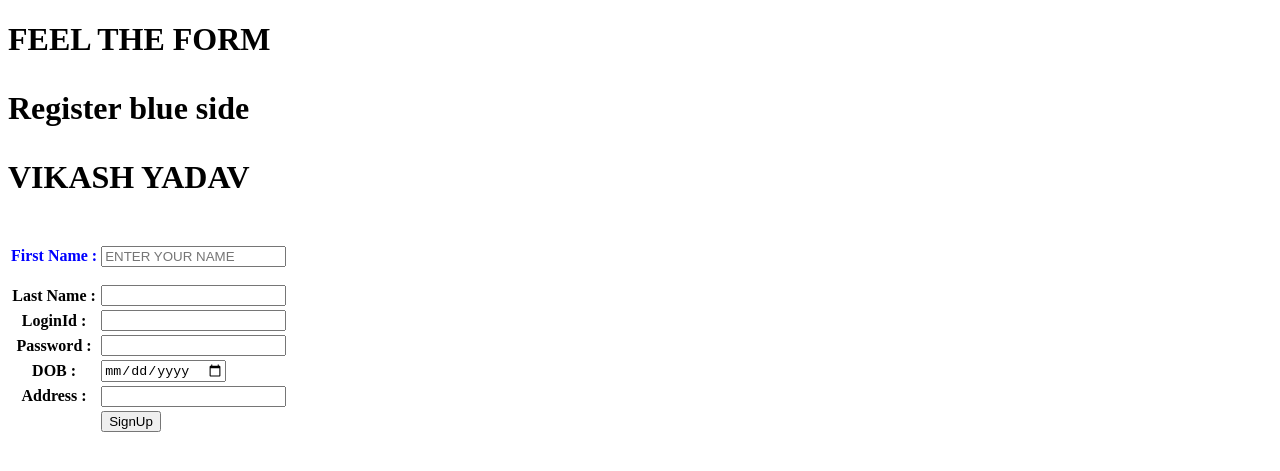
Repository: vikash9562/AdvanceJava
Page: http://localhost/DynamicProject/UserRegistration.jsp
The author's editor kept a copy of each file at every save. The page is drawn from the files as they stood at one save, then again after the next save.
The browser window is 1280 px wide. The pictures show the whole page.
The page is served by Tomcat 9. Other server files are loaded and not shown.

Above is the page before, as saved 2023-08-16 10:41:19.

### advance java/DynamicProject/WebContent/UserRegistration.jsp
<%@ page language="java" contentType="text/html; charset=ISO-8859-1"
	pageEncoding="ISO-8859-1"%>
<!DOCTYPE html>
<html>
<head>
<meta charset="ISO-8859-1">
<title>Insert title here</title>
</head>
<body>
	<form action="Welcome.jsp" method="post">
		<table>
				<h1>
					<div style="bacground-color: Lightblue:">FEEL THE FORM</div>
					<p style="color: red:">Register blue side</p>
					<pstyle="color: #008000;"> VIKASH YADAV</p>
					</h1>
			<tr>
				<th><p style="color: BLUE">First Name :</p></th>
				<td><input type="text" placeholder = "ENTER YOUR NAME" name="firstName"></td>
			</tr>
			<tr>
				<th>Last Name :</th>
				<td><input type="text" name="lastName"></td>
			</tr>
			<tr>
				<th>LoginId :</th>
				<td><input type="text" name="loginId"></td>
			</tr>
			<tr>
				<th>Password :</th>
				<td><input type="password" name="password"></td>
			</tr>
			<tr>
				<th>DOB :</th>
				<td><input type="date" name="dob"></td>
			</tr>
			<tr>
				<th>Address :</th>
				<td><input type="text" name="address"></td>
			</tr>
			<tr>
				<th></th>
				<td><input type="submit" value="SignUp"></td>
			</tr>
		</table>
	</form>
</body>
</html>

After the next save:
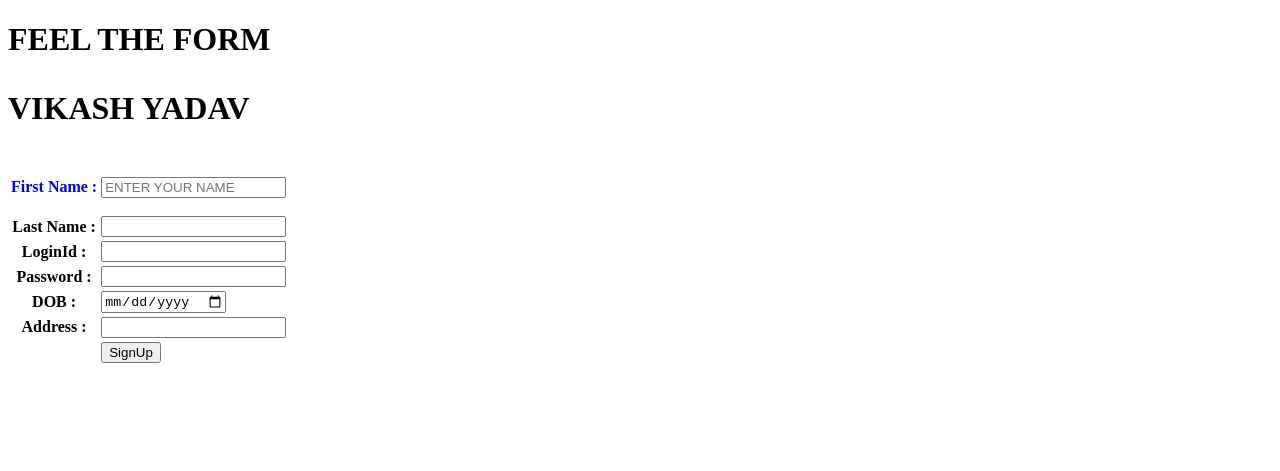
Saved 50 s later.
--- a/advance java/DynamicProject/WebContent/UserRegistration.jsp
+++ b/advance java/DynamicProject/WebContent/UserRegistration.jsp
@@ -11,7 +11,7 @@
 		<table>
 				<h1>
 					<div style="bacground-color: Lightblue:">FEEL THE FORM</div>
-					<p style="color: red:">Register blue side</p>
+					<p style="color: red:"></p>
 					<pstyle="color: #008000;"> VIKASH YADAV</p>
 					</h1>
 			<tr>
